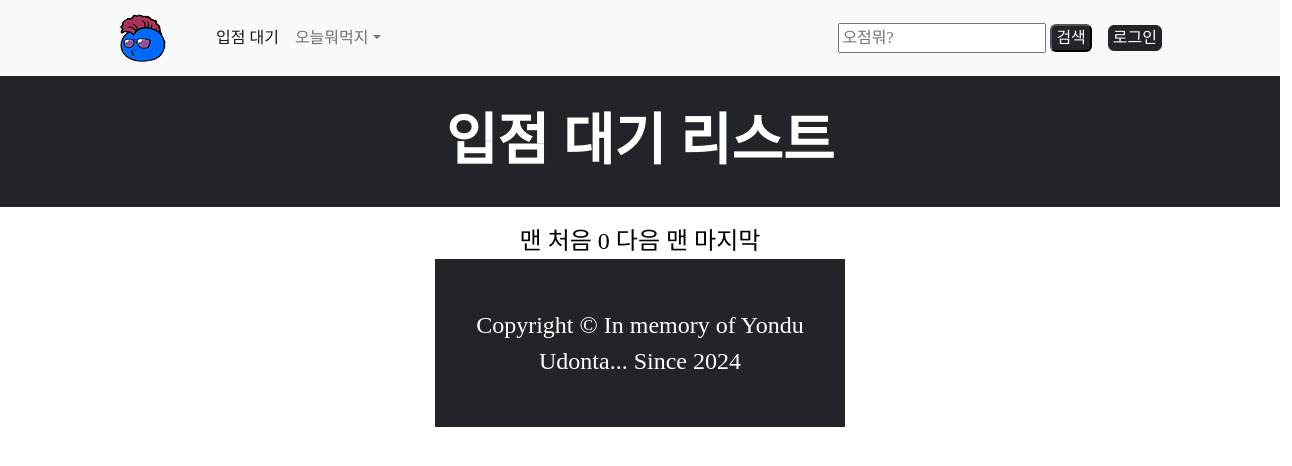
Repository: ashwan94/ydzone
Page: http://localhost/YonduZone/restaurant/vote
The author's editor kept a copy of each file at every save. The page is drawn from the files as they stood at one save, then again after the next save.
The browser window is 1280 px wide. The page is 1292 px wide, so the pictures cover 1292 px, including what lies to the right of the window. The pictures show the whole page.
Some web fonts or font styles are not loaded; a fallback is used. The page is served by Tomcat 9.

Above is the page before, as saved 2024-05-02 05:21:20.

After the next save:
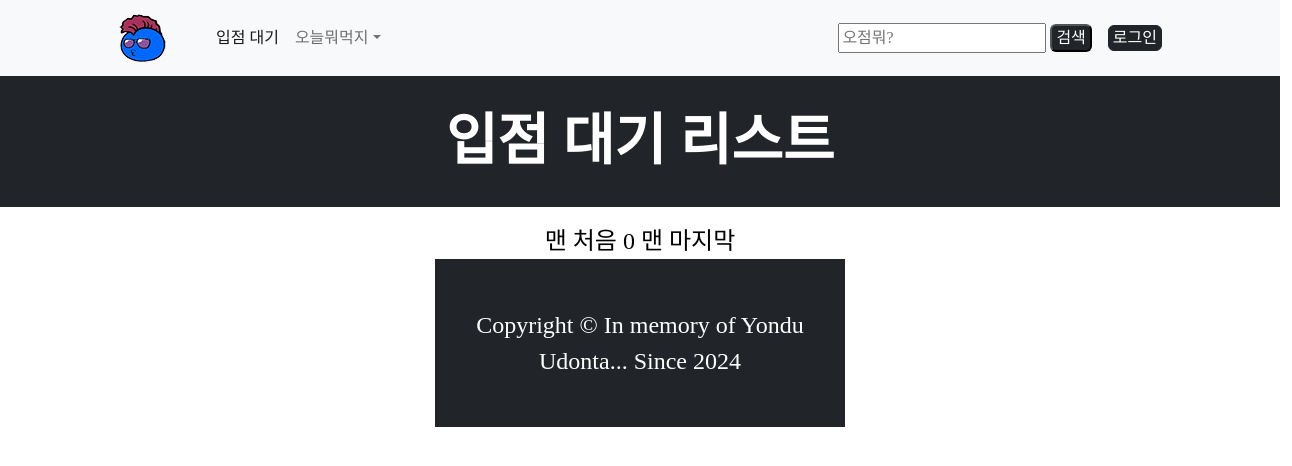
Saved 30 min 12 s later.
--- a/YonduZone/src/main/webapp/WEB-INF/views/restaurant/stanby.jsp
+++ b/YonduZone/src/main/webapp/WEB-INF/views/restaurant/stanby.jsp
@@ -153,9 +153,9 @@
 <div class="col-4 mt-3 mb-1">
 
 <!-- 페이지 링크 -->
-<a href="/restaurant/stanby?currentPageNo=1">맨 처음</a>
+<a href="/restaurant/stanby?currentPageNo=1&userNo=${sessionScope.user.no}">맨 처음</a>
 <c:if test="${pagination.currentPageNo > 1 }">
-	<a href="/restaurant/stanby?currentPageNo=${pagination.currentPageNo - 1 }">이전</a>
+	<a href="/restaurant/stanby?currentPageNo=${pagination.currentPageNo - 1 }&userNo=${sessionScope.user.no}">이전</a>
 </c:if>
 <!-- 디자이너가 작업할 수 있도록 조치함 -->
 <!-- 표시할 게시물이 없으면 '이전' button 을 표시는 하지만, 작동하지 않도록 조치 -->
@@ -164,18 +164,18 @@
 </c:if>
 
 <c:forEach begin="${pagination.firstPageNoOnPageList }" end="${pagination.lastPageNoOnPageList }" var="pageNo">
-	<a href="/restaurant/stanby?currentPageNo=${pageNo }">${pageNo }</a>
+	<a href="/restaurant/stanby?currentPageNo=${pageNo }&userNo=${sessionScope.user.no}">${pageNo }</a>
 </c:forEach>
 
 <c:if test="${pagination.currentPageNo < pagination.totalPageCount}">
-	<a href="/restaurant/stanby?currentPageNo=${pagination.currentPageNo + 1 }">다음</a>
+	<a href="/restaurant/stanby?currentPageNo=${pagination.currentPageNo + 1 }&userNo=${sessionScope.user.no}">다음</a>
 </c:if>
 
 <!-- 디자이너가 작업할 수 있도록 조치함 -->
 <!-- 표시할 게시물이 없으면 '다음' button 을 표시는 하지만, 작동하지 않도록 조치 -->
-<c:if test="${pagination.currentPageNo >= pagination.totalPageCount }">
+<c:if test="${pagination.currentPageNo >= pagination.totalPageCount }&userNo=${sessionScope.user.no}">
 	<a href="#">다음</a>
 </c:if>
 
-<a href="/restaurant/stanby?currentPageNo=${pagination.totalPageCount }">맨 마지막</a>
+<a href="/restaurant/stanby?currentPageNo=${pagination.totalPageCount }&userNo=${sessionScope.user.no}">맨 마지막</a>
 <jsp:include page="/WEB-INF/views/common/footer.jsp"/>
